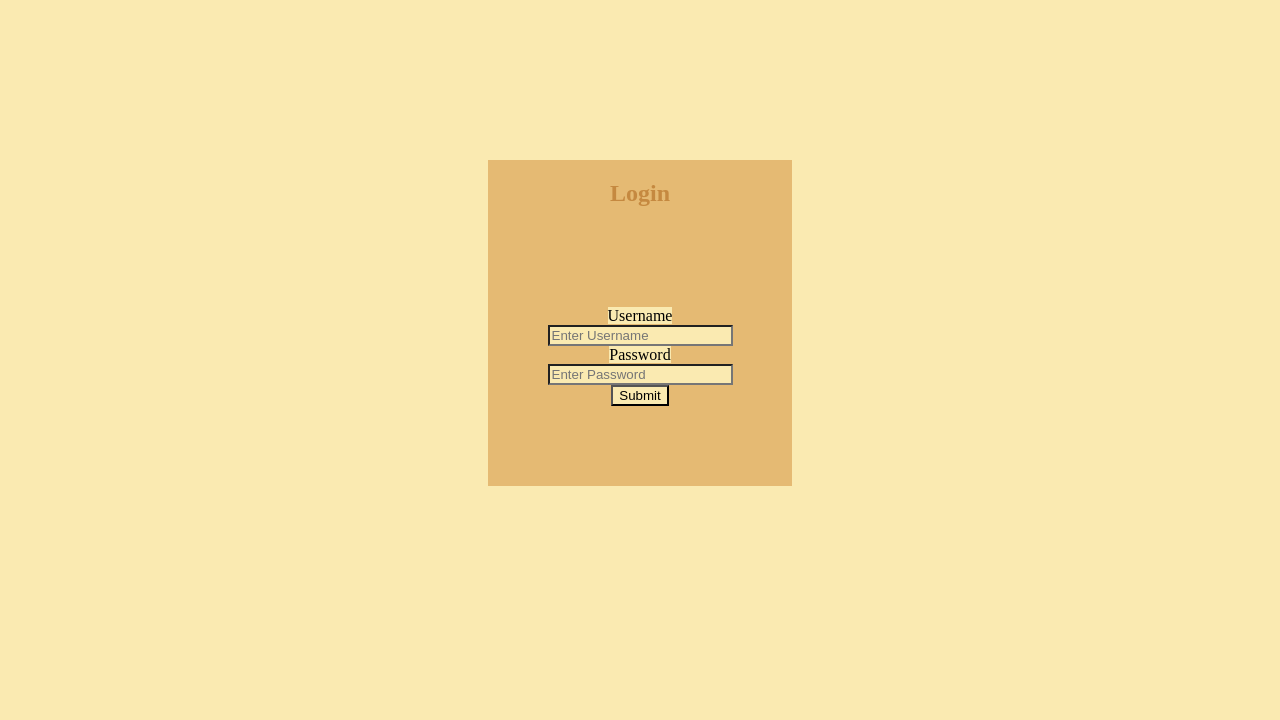
Repository: Shivamkr522/Contact_Us_Page
Page: http://localhost/ContactUs/login.jsp
An editor plug-in stored every save of this project. The page is shown before and after the next save, followed by the edit.
The browser window is 1280 px wide. The pictures show the whole page.
The page is served by Tomcat 9. Other server files are loaded and not shown.

Above is the page before, as saved 2022-12-11 13:18:11.

### ContactUs/src/main/webapp/login.jsp
<%@ page language="java" contentType="text/html; charset=UTF-8"
    pageEncoding="UTF-8"%>
 <%@ taglib prefix="c" uri="http://java.sun.com/jsp/jstl/core"%>
<!DOCTYPE html>
<html>
<head>
<meta charset="UTF-8">
<title>Login</title>
<link rel="stylesheet" href="login.css">

</head>
<body>
	<div id="login-box">
		<h2>Login</h2>
		<form action="login" method="post">
			<label for="user-name">Username</label>
			<br>
			<input type="text" name="username" id="user" placeholder="Enter Username">
			<br>
			<label for="password">Password</label>
			<br>
			<input type="password" name="password" id="pass" placeholder="Enter Password">
			<br>
			<button>Submit</button>
		</form>
	</div>
</body>
</html>

### ContactUs/src/main/webapp/login.css
@charset "UTF-8";

*{
	background-color: #FAEAB1;

}

h2{
	text-align: center;
	color: #C58940;
	background-color: #E5BA73;
}

form{
	text-align: center;
	padding: 5rem 0;
	background-color: #E5BA73;
}

#login-box{
	display: flex;
	flex-direction: column;
	background-color: #E5BA73;
	margin: 10rem 30rem;
}

After the next save:
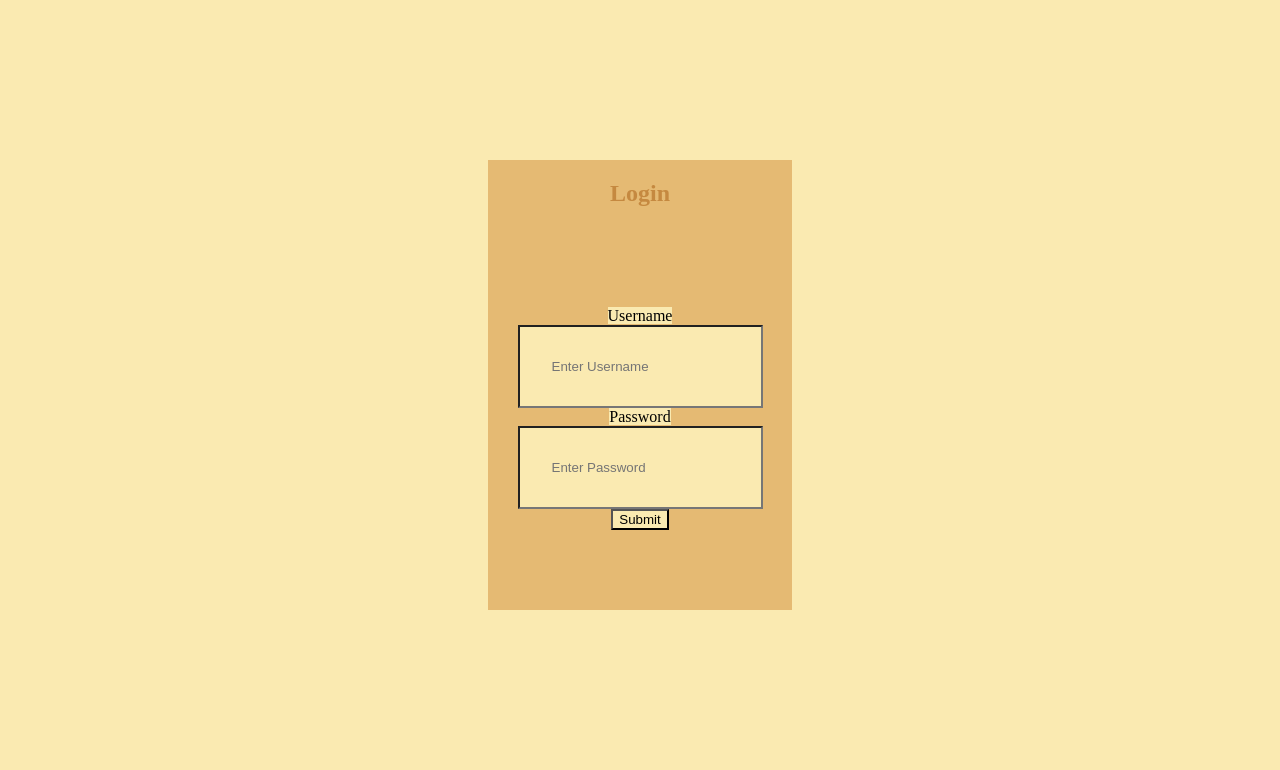
Saved 57 s later.
--- a/ContactUs/src/main/webapp/login.css
+++ b/ContactUs/src/main/webapp/login.css
@@ -9,6 +9,10 @@
 	text-align: center;
 	color: #C58940;
 	background-color: #E5BA73;
+}
+
+input{
+	padding: 2rem;
 }
 
 form{

After the save that followed:
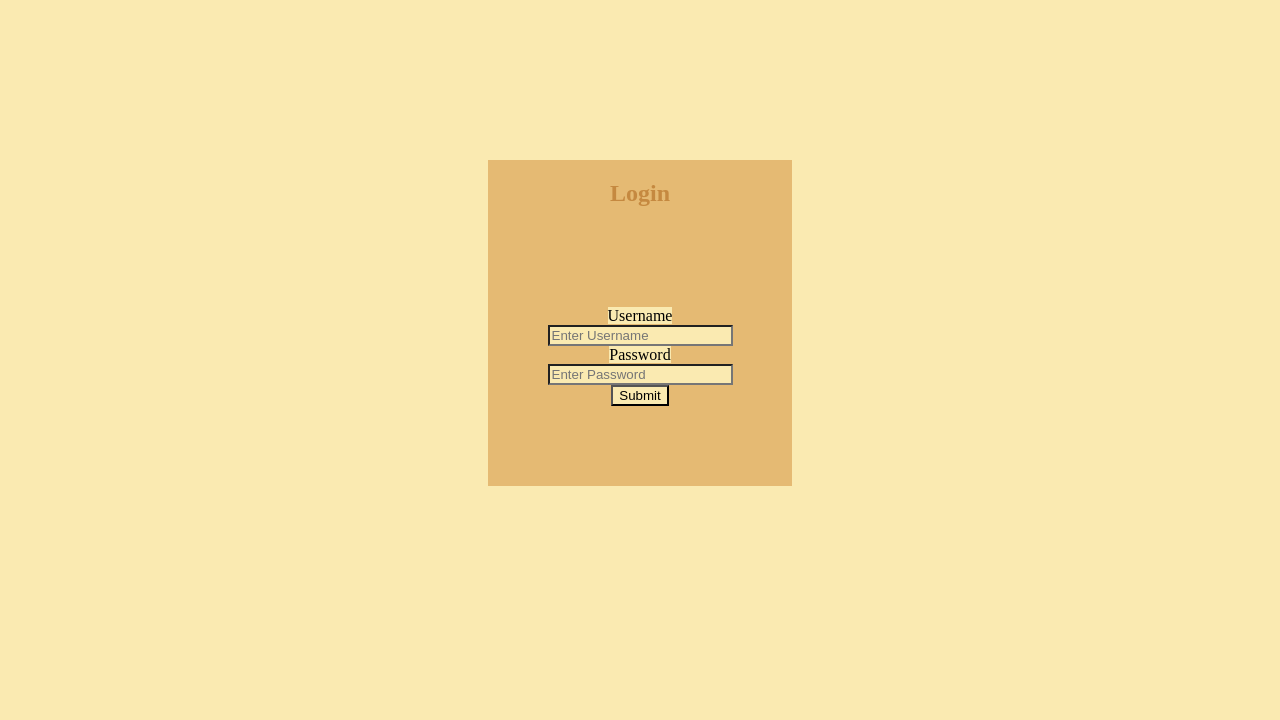
Saved 30 s later.
--- a/ContactUs/src/main/webapp/login.css
+++ b/ContactUs/src/main/webapp/login.css
@@ -11,9 +11,6 @@
 	background-color: #E5BA73;
 }
 
-input{
-	padding: 2rem;
-}
 
 form{
 	text-align: center;
